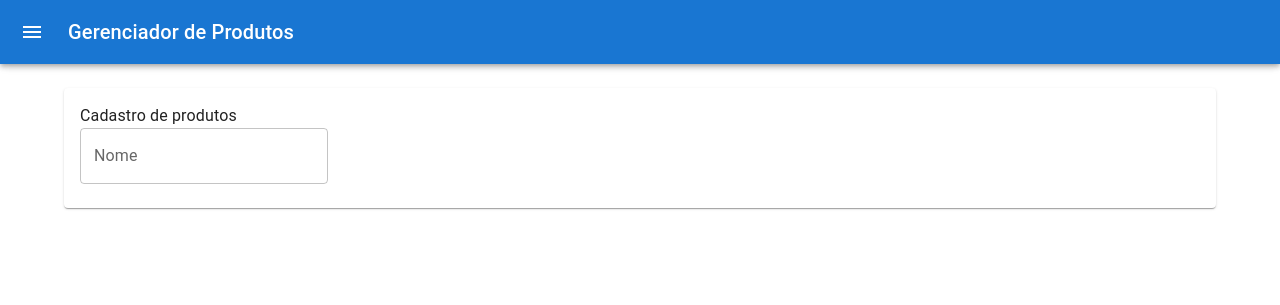
Repository: KennedyWanderson/crud-web
Page: /
An editor plug-in stored every save of this project. The page is shown before and after the next save, followed by the edit.
The browser window is 1280 px wide. The pictures show the whole page.
The project was rebuilt for these pictures with package versions that can differ from the ones it lists, and the page was loaded fresh each time. Also part of the build but not shown: src/Components/ProductList.js, src/Components/CategoryRegister.js, src/Components/CategotyList.js.

Above is the page before, as saved 2023-11-15 16:18:23.

### src/index.js
import React from 'react';
import ReactDOM from 'react-dom/client';
import App from './App';
import reportWebVitals from './reportWebVitals';
import 'tailwindcss/tailwind.css';

const root = ReactDOM.createRoot(document.getElementById('root'));
root.render(
  <React.StrictMode>
    <App />
  </React.StrictMode>
);


reportWebVitals();

### src/App.js

import React, { useState } from 'react';
import Menu from "./Components/Menu";

function App() {




  return (
    <div>
      <Menu />
    </div>
  );
}

export default App;

### src/Components/Menu.js
import * as React from 'react';
import { styled, useTheme } from '@mui/material/styles';
import Box from '@mui/material/Box';
import Drawer from '@mui/material/Drawer';
import CssBaseline from '@mui/material/CssBaseline';
import MuiAppBar from '@mui/material/AppBar';
import Toolbar from '@mui/material/Toolbar';
import List from '@mui/material/List';
import Typography from '@mui/material/Typography';
import Divider from '@mui/material/Divider';
import IconButton from '@mui/material/IconButton';
import MenuIcon from '@mui/icons-material/Menu';
import ChevronLeftIcon from '@mui/icons-material/ChevronLeft';
import ChevronRightIcon from '@mui/icons-material/ChevronRight';
import ListItem from '@mui/material/ListItem';
import ListItemButton from '@mui/material/ListItemButton';
import ListItemIcon from '@mui/material/ListItemIcon';
import ListItemText from '@mui/material/ListItemText';
import InboxIcon from '@mui/icons-material/MoveToInbox';
// eslint-disable-next-line
import MailIcon from '@mui/icons-material/Mail';
import ProductRegister from "./ProductRegister"
import ProductList from "./ProductList"
import CategoryRegister from "./CategoryRegister"
import CategotyList from "./CategotyList"
import { Container } from "@mui/material";
import { useState } from 'react';


const drawerWidth = 240;

const Main = styled('main', { shouldForwardProp: (prop) => prop !== 'open' })(
    ({ theme, open }) => ({
        flexGrow: 1,
        padding: theme.spacing(3),
        transition: theme.transitions.create('margin', {
            easing: theme.transitions.easing.sharp,
            duration: theme.transitions.duration.leavingScreen,
        }),
        marginLeft: `-${drawerWidth}px`,
        ...(open && {
            transition: theme.transitions.create('margin', {
                easing: theme.transitions.easing.easeOut,
                duration: theme.transitions.duration.enteringScreen,
            }),
            marginLeft: 0,
        }),
    }),
);

const AppBar = styled(MuiAppBar, {
    shouldForwardProp: (prop) => prop !== 'open',
})(({ theme, open }) => ({
    transition: theme.transitions.create(['margin', 'width'], {
        easing: theme.transitions.easing.sharp,
        duration: theme.transitions.duration.leavingScreen,
    }),
    ...(open && {
        width: `calc(100% - ${drawerWidth}px)`,
        marginLeft: `${drawerWidth}px`,
        transition: theme.transitions.create(['margin', 'width'], {
            easing: theme.transitions.easing.easeOut,
            duration: theme.transitions.duration.enteringScreen,
        }),
    }),
}));

const DrawerHeader = styled('div')(({ theme }) => ({
    display: 'flex',
    alignItems: 'center',
    padding: theme.spacing(0, 1),
    // necessary for content to be below app bar
    ...theme.mixins.toolbar,
    justifyContent: 'flex-end',
}));

export default function Menu() {
    const theme = useTheme();
    const [open, setOpen] = React.useState(false);
    const [visible, setVisible] = useState(1)

    const handleDrawerOpen = () => {
        setOpen(true);
    };

    const handleDrawerClose = () => {
        setOpen(false);
    };

    function selectComponent() {
        if (visible === 1) {
            return <ProductRegister text={"Cadastro de produtos"} />
        } else if (visible === 2) {
            return <ProductList text={"Listagem de produtos"} />
        } else if (visible === 3) {
            return <CategoryRegister text={"Cadastro de categoria"} />
        } else {
            return <CategotyList text={"Listagem de categoria"} />
        }
    }

    return (
        <Box sx={{ display: 'flex' }}>
            <CssBaseline />
            <AppBar position="fixed" open={open}>
                <Toolbar>
                    <IconButton
                        color="inherit"
                        aria-label="open drawer"
                        onClick={handleDrawerOpen}
                        edge="start"
                        sx={{ mr: 2, ...(open && { display: 'none' }) }}
                    >
                        <MenuIcon />
                    </IconButton>
                    <Typography variant="h6" noWrap component="div">
                        Gerenciador de Produtos
                    </Typography>
                </Toolbar>
            </AppBar>
            <Drawer
                sx={{
                    width: drawerWidth,
                    flexShrink: 0,
                    '& .MuiDrawer-paper': {
                        width: drawerWidth,
                        boxSizing: 'border-box',
                    },
                }}
                variant="persistent"
                anchor="left"
                open={open}
            >
                <DrawerHeader>
                    <IconButton onClick={handleDrawerClose}>
                        {theme.direction === 'ltr' ? <ChevronLeftIcon /> : <ChevronRightIcon />}
                    </IconButton>
                </DrawerHeader>
                <Divider />
                <List>
                    <ListItem onClick={() => { setVisible(1) }} key={1} disablePadding>
                        <ListItemButton>
                            <ListItemIcon>
                                <InboxIcon />
                            </ListItemIcon>
                            <ListItemText primary={"Cadastro de Produtos"} />
                        </ListItemButton>
                    </ListItem>

                    <ListItem onClick={() => { setVisible(2) }} key={2} disablePadding>
                        <ListItemButton>
                            <ListItemIcon>
                                <InboxIcon />
                            </ListItemIcon>
                            <ListItemText primary={"Listagem de Produtos"} />
                        </ListItemButton>
                    </ListItem>

                    <ListItem onClick={() => { setVisible(3) }} key={3} disablePadding>
                        <ListItemButton>
                            <ListItemIcon>
                                <InboxIcon />
                            </ListItemIcon>
                            <ListItemText primary={"Cadastro de Categorias"} />
                        </ListItemButton>
                    </ListItem>

                    <ListItem onClick={() => { setVisible(4) }} key={4} disablePadding>
                        <ListItemButton>
                            <ListItemIcon>
                                <InboxIcon />
                            </ListItemIcon>
                            <ListItemText primary={"Listagem de Categorias"} />
                        </ListItemButton>
                    </ListItem>
                </List>
            </Drawer>
            <Main open={open}>
                <DrawerHeader />
                <Container>
                    {selectComponent()}
                </Container>
            </Main>
        </Box>
    );
}

### src/Components/ProductRegister.js
import { Card, CardContent, Button, TextField } from "@mui/material";
import React from "react";

function ProductRegister(props){
    return (
        <Card>
            <CardContent>
                <div>{props.text}</div>
                <div className={`flex flex-col`}>
                    <div>
                        <TextField id="outlined-basic" label="Nome" variant="outlined" />
                    </div>
                </div>
            </CardContent>

        </Card>
    )
}

export default ProductRegister

Loaded but not shown: public/index.html (common file); src/reportWebVitals.js (common file)

After the next save:
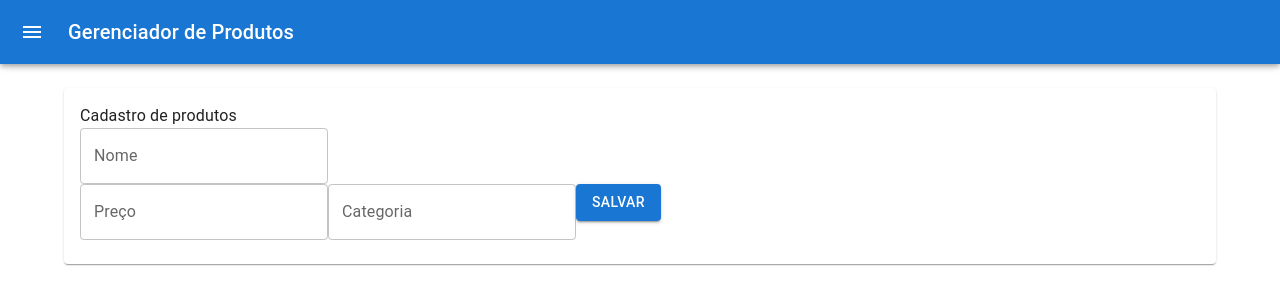
Saved 6 s later.
--- a/src/Components/ProductRegister.js
+++ b/src/Components/ProductRegister.js
@@ -10,6 +10,11 @@ function ProductRegister(props){
                     <div>
                         <TextField id="outlined-basic" label="Nome" variant="outlined" />
                     </div>
+                    <div>
+                    <TextField id="outlined-basic" label="Preço" variant="outlined" />
+                        <TextField id="outlined-basic" label="Categoria" variant="outlined" />
+                        <Button variant="contained">Salvar</Button>
+                    </div>
                 </div>
             </CardContent>
 
